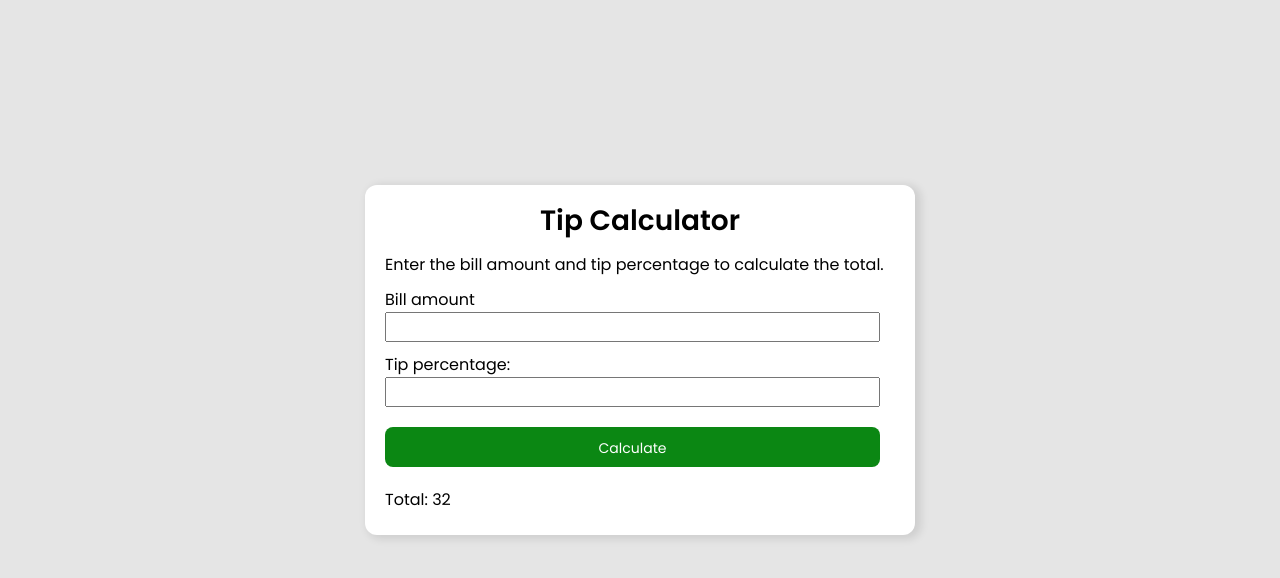
Repository: Ankitkr2021/Tip-Calculator
Page: index.html
These files come from the project's save history. The page is drawn as it stood at one moment and after the next save; the edit follows.
The browser window is 1280 px wide. The pictures show the whole page.

Above is the page before, as saved 2025-10-27 11:17:40.
Console error: TypeError: totalTip.innerHTML is not a function

### index.html
<!DOCTYPE html>
<html lang="en">
<head>
    <meta charset="UTF-8">
    <meta name="viewport" content="width=device-width, initial-scale=1.0">
    <title>Tip Calculator</title>
    <link rel="stylesheet" href="./style.css">
</head>
<body>
    <div class="box">
        <h2>Tip Calculator </h2>
        <p>Enter the bill amount and tip percentage to calculate the total.</p>
        <p>Bill amount</p>
        <input type="number" id="bill">
        <p>Tip percentage:</p>
        <input type="number" id="tip">
        <button id="calculate">Calculate</button>
        <p>Total: <span id="total">32</span></p>
    </div>
    <script src="./main.js"></script>
</body>
</html>

### style.css
@import url('https://fonts.googleapis.com/css2?family=Poppins:wght@300;400;500;600;700&display=swap');

*{
    margin: 0;
    padding: 0;
    box-sizing: border-box;
    font-family: "Poppins",sans-serif;
}

body {
    height: 100vh;
    width: 100%;
    display: flex;
    align-items: center;
    justify-content: center;
    background: rgba(0,0,0,0.1);
}

.box {
    background: #fff;
    height: 350px;
    width: 550px;
    box-shadow: 4px 2px 8px 2px rgba(0,0,0,0.1);
    border-radius: 12px;
}

h2{
    text-align: center;
    padding: 15px 0 0 0;
    font-size: 28px;
    font-weight: 600;
}

p{
    padding: 10px 10px 0 10px ;
    margin-left: 10px;

}

input {
    width: 90%;
    height: 30px;
    margin-left: 20px;
    font-size: 18px;
    padding: 8px;
}

button {
    padding: 3px 0 0 0;
    width: 90%;
    margin: 20px;
    height: 40px;
    background: rgb(11, 135, 19);
    border: none;
    color: #fff;
    font-size: 14px;
    border-radius: 8px;
    cursor: pointer;
    transition:all 0.2s ease-in-out;
}

button:active{
    transform: scale(0.99);
    background: rgb(9,115,17);
}

p:nth-last-child(1) {
    padding: 0 10px;
}

### main.js
const btnE1 = document.getElementById("calculate");
const billInput = document.getElementById("bill");
const tipInput = document.getElementById("tip");
const totalTip = document.getElementById("total")

function calculateTotal() {
    const billValue = billInput.value;
    const tipValue = tipInput.value;
    console.log(Number(billValue) + Number(tipValue));
}

totalTip.innerHTML(calculateTotal)
btnE1.addEventListener("click", calculateTotal)

After the next save:
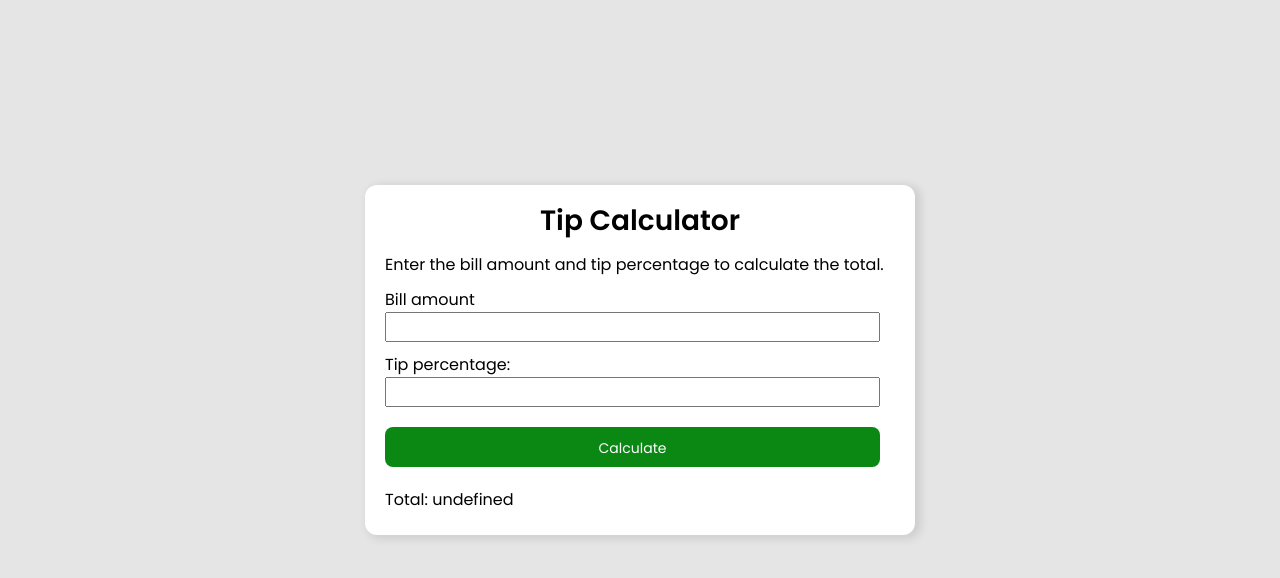
The error is gone.
Saved 28 s later.
--- a/main.js
+++ b/main.js
@@ -9,5 +9,5 @@ function calculateTotal() {
     console.log(Number(billValue) + Number(tipValue));
 }
 
-totalTip.innerHTML(calculateTotal)
+totalTip.innerHTML = calculateTotal();
 btnE1.addEventListener("click", calculateTotal)
